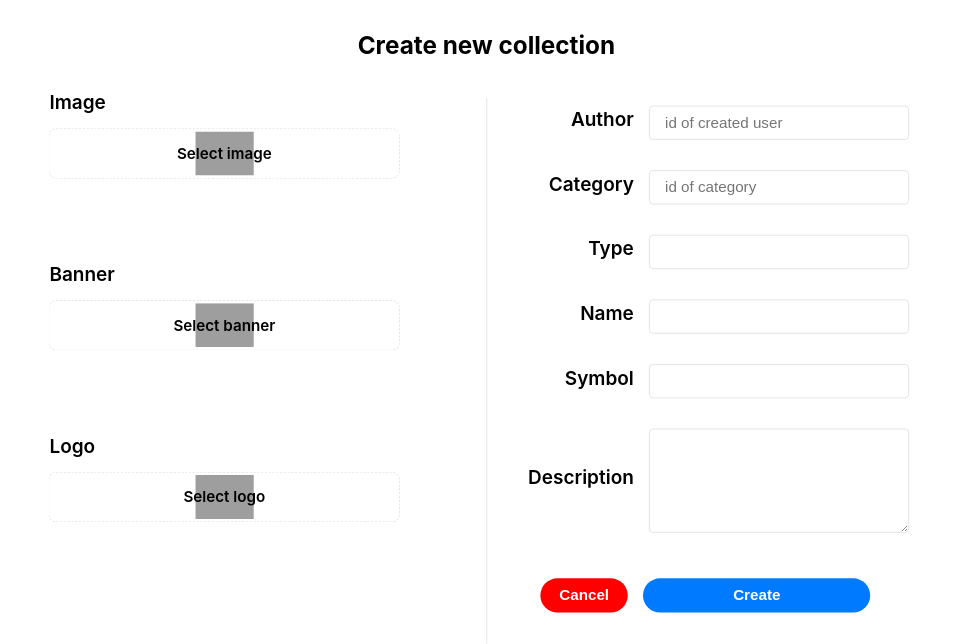
Repository: superHotBob/admin_nftillion
Page: /createcollection
These files come from the project's save history. The page is drawn as it stood at one moment and after the next save; the edit follows.
The browser window is 1280 px wide. The pictures show the whole page, at 76% of full size.
Pictures or frames that could not be fetched are drawn as grey boxes. The project was rebuilt for these pictures with package versions that can differ from the ones it lists, and the page was loaded fresh each time. Also part of the build but not shown: src/components/Login/styles.scss, src/components/Login/index.js, src/components/NavPanel/styles.scss, src/components/NavPanel/index.js, src/components/Users/index.js, src/components/Collections/index.js, src/components/Preminted/styles.scss, src/components/Preminted/index.js.

Above is the page before, as saved 2022-04-27 16:16:11.

After the next save:
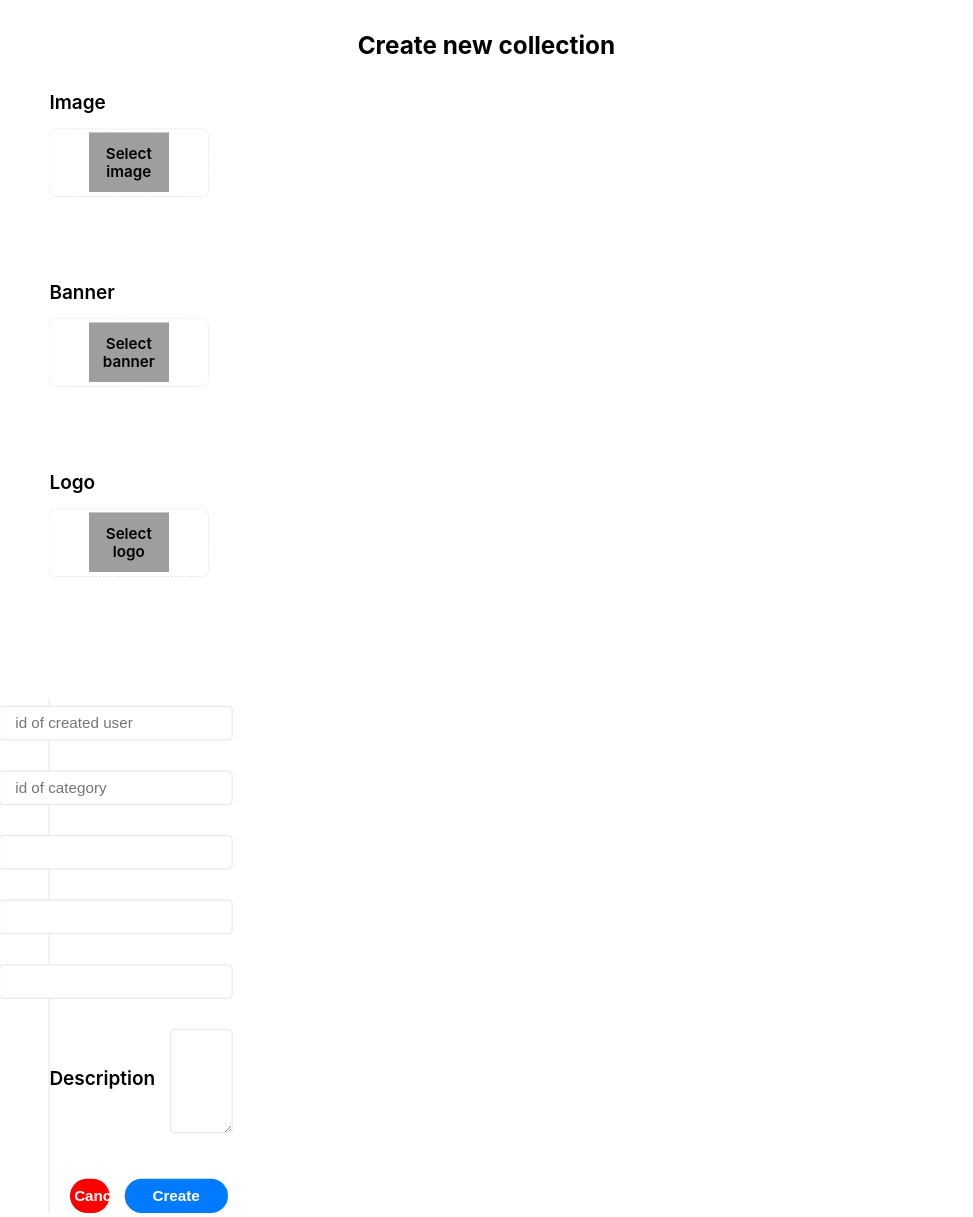
Saved 2 min 41 s later.
--- a/src/components/CreateCollection/index.js
+++ b/src/components/CreateCollection/index.js
@@ -63,9 +63,9 @@
         },
         {
           headers: {
-            'X-Content-Type-Options': 'nosniff',
-            'Content-Type': 'multipart/form-data; boundary=something',
-            'Authorization': `Bearer ${localStorage.getItem("accessToken")}`,
+            "X-Content-Type-Options": "nosniff",
+            "Content-Type": "multipart/form-data; boundary=something",
+            Authorization: `Bearer ${localStorage.getItem("accessToken")}`,
           },
         }
       )
@@ -76,9 +76,10 @@
   return (
     <>
       <h1 className="header">Create new collection</h1>
-      <div className="main_block_create" >
-        <div className="image_block" style={{marginTop: 40}}>
-          <form>
+      <div className="main_block_create">
+      <form onSubmit={CreateCollection} enctype="multipart/form-data">
+        <div className="image_block" style={{ marginTop: 40 }}>
+          <form onSubmit={CreateCollection} enctype="multipart/form-data">
             <div
               className="image"
               style={{
@@ -177,69 +178,69 @@
           </form>
         </div>
         <div className="data_block">
-          <form onSubmit={CreateCollection} enctype="multipart/form-data">
-            <label>
-              Author
-              <input
-                type="text"
-                pattern="[0-9]+"
-                placeholder="id of created user"
-                required
-                value={author}
-                onChange={(e) => setAuthor(e.target.value)}
-              />
-            </label>
-            <label>
-              Category
-              <input
-                type="text"
-                required
-                placeholder="id of category"
-                pattern="[0-9]+"
-                value={category}
-                onChange={(e) => setCategory(e.target.value)}
-              />
-            </label>
-            <label>
-              Type
-              <input
-                type="text"
-                pattern="[0-9]+"
-                value={type}
-                onChange={(e) => setType(e.target.value)}
-              />
-            </label>
-
-            <label>
-              Name
-              <input
-                type="text"
-                value={nameCollection}
-                onChange={(e) => setNameCollection(e.target.value)}
-              />
-            </label>
-            <label>
-              Symbol
-              <input
-                type="text"
-                value={symbol}
-                onChange={(e) => setSymbol(e.target.value)}
-              />
-            </label>
-            <label>
-              Description
-              <textarea
-                rows={5}
-                value={description}
-                onChange={(e) => setDescription(e.target.value)}
-              />
-            </label>
-
-            <Link to='/preminted'>
-              <button className="cancel">Cancel</button>
-            </Link><button type="submit">Create</button>
-          </form>
+          <label>
+            Author
+            <input
+              type="text"
+              pattern="[0-9]+"
+              placeholder="id of created user"
+              required
+              value={author}
+              onChange={(e) => setAuthor(e.target.value)}
+            />
+          </label>
+          <label>
+            Category
+            <input
+              type="text"
+              required
+              placeholder="id of category"
+              pattern="[0-9]+"
+              value={category}
+              onChange={(e) => setCategory(e.target.value)}
+            />
+          </label>
+          <label>
+            Type
+            <input
+              type="text"
+              pattern="[0-9]+"
+              value={type}
+              onChange={(e) => setType(e.target.value)}
+            />
+          </label>
+
+          <label>
+            Name
+            <input
+              type="text"
+              value={nameCollection}
+              onChange={(e) => setNameCollection(e.target.value)}
+            />
+          </label>
+          <label>
+            Symbol
+            <input
+              type="text"
+              value={symbol}
+              onChange={(e) => setSymbol(e.target.value)}
+            />
+          </label>
+          <label>
+            Description
+            <textarea
+              rows={5}
+              value={description}
+              onChange={(e) => setDescription(e.target.value)}
+            />
+          </label>
+
+          <Link to="/preminted">
+            <button className="cancel">Cancel</button>
+          </Link>
+          <button type="submit">Create</button>
         </div>
+        </form>
       </div>
     </>
   );

After the save that followed:
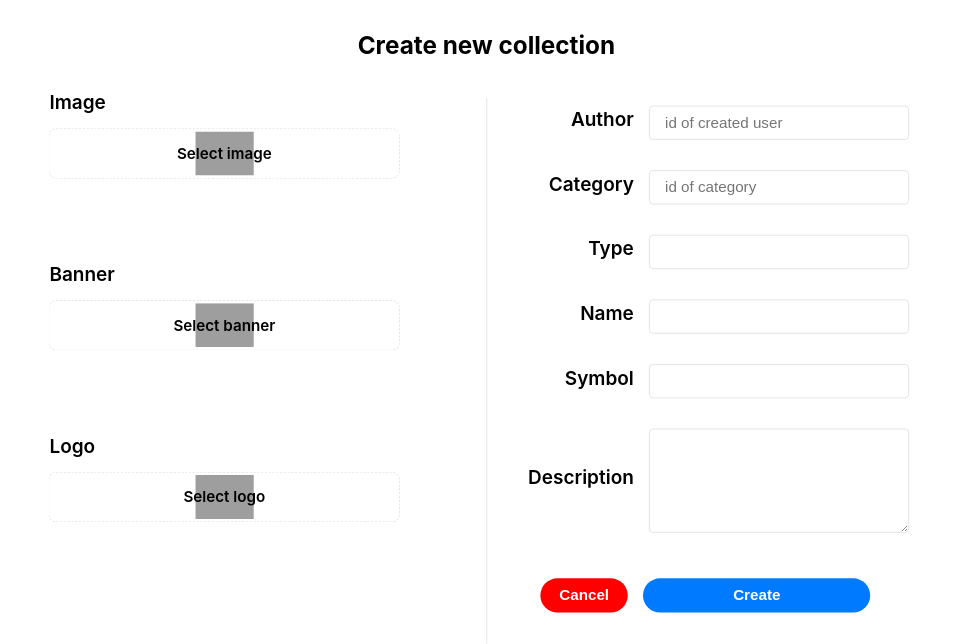
Saved 89 s later.
--- a/src/components/CreateCollection/index.js
+++ b/src/components/CreateCollection/index.js
@@ -76,8 +76,8 @@
   return (
     <>
       <h1 className="header">Create new collection</h1>
-      <div className="main_block_create">
-      <form onSubmit={CreateCollection} enctype="multipart/form-data">
+
+      <form onSubmit={CreateCollection} className="main_block_create" enctype="multipart/form-data">
         <div className="image_block" style={{ marginTop: 40 }}>
           <form onSubmit={CreateCollection} enctype="multipart/form-data">
             <div
@@ -241,7 +241,7 @@
           <button type="submit">Create</button>
         </div>
         </form>
-      </div>
+
     </>
   );
 };
